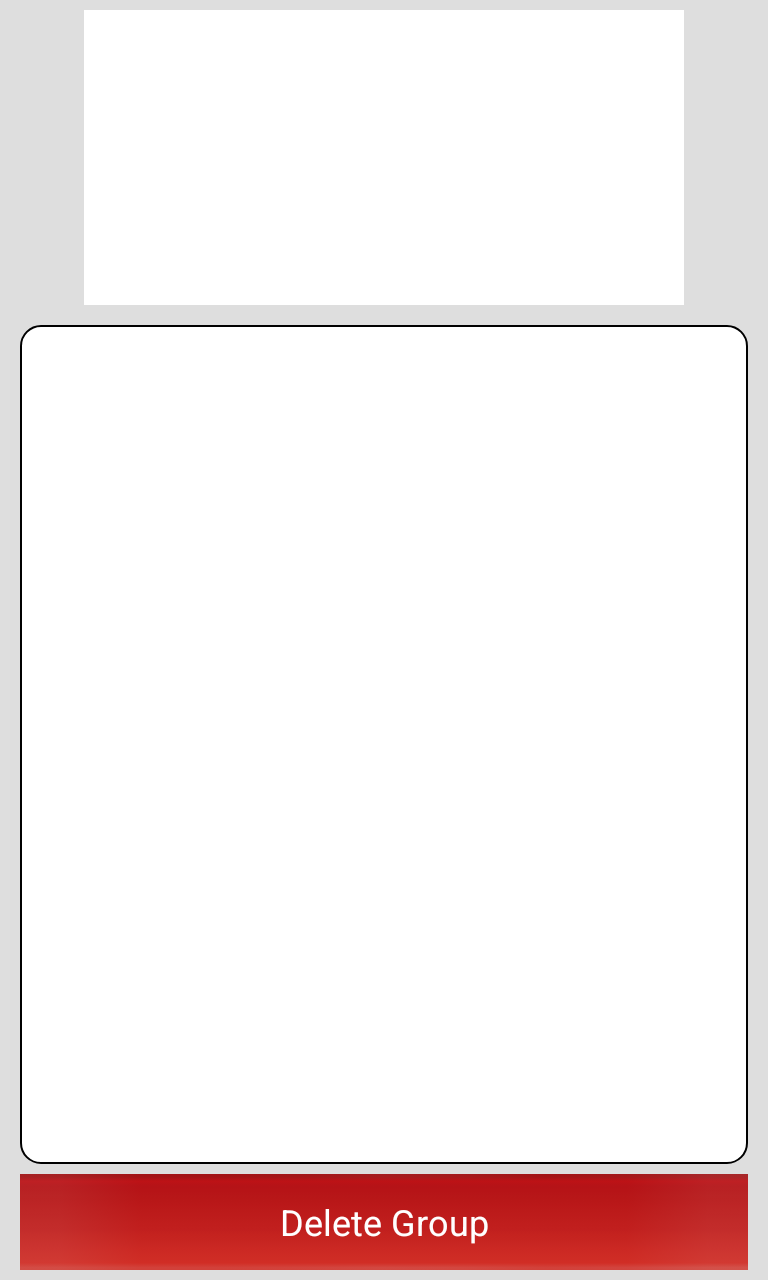
Repository: GitDidNotExitCleanly/FaceLabel
Layout: FaceLabel/res/layout/activity_group.xml
These files come from the project's save history. The layout is drawn as it stood at one moment and after the next save; the edit follows.
It is drawn on a 768 x 1280 px phone screen (xhdpi) without system bars, with theme AppTheme; the app's code is not run. Lists and similar views that code fills are empty.

Above is the layout before, as saved 2015-05-12 15:36:20.

After the next save:
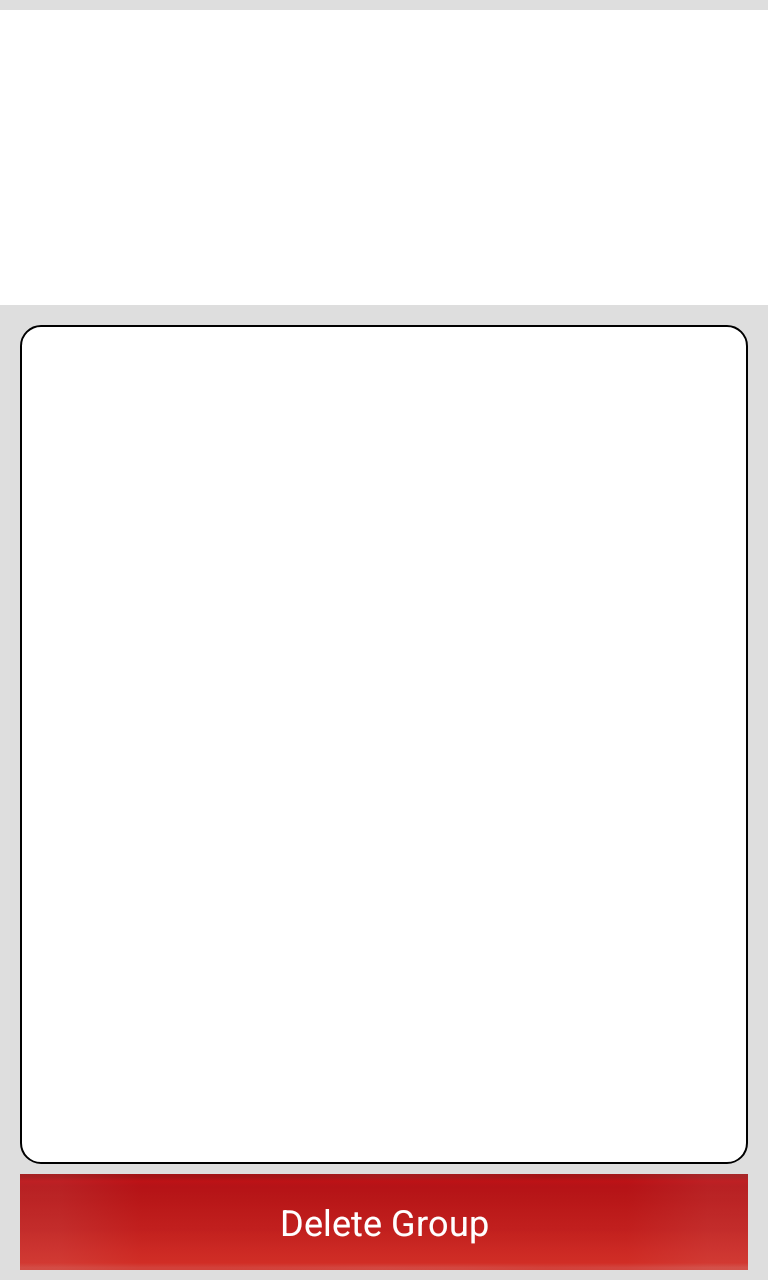
Saved 82 s later.
--- a/FaceLabel/res/layout/activity_group.xml
+++ b/FaceLabel/res/layout/activity_group.xml
@@ -12,7 +12,7 @@
     tools:context="com.facelabel.contacts.group.GroupActivity" >
 
     <LinearLayout
-        android:layout_width="300dp"
+        android:layout_width="match_parent"
         android:layout_height="300dp"
         android:layout_weight="1"
         android:background="#fff"
